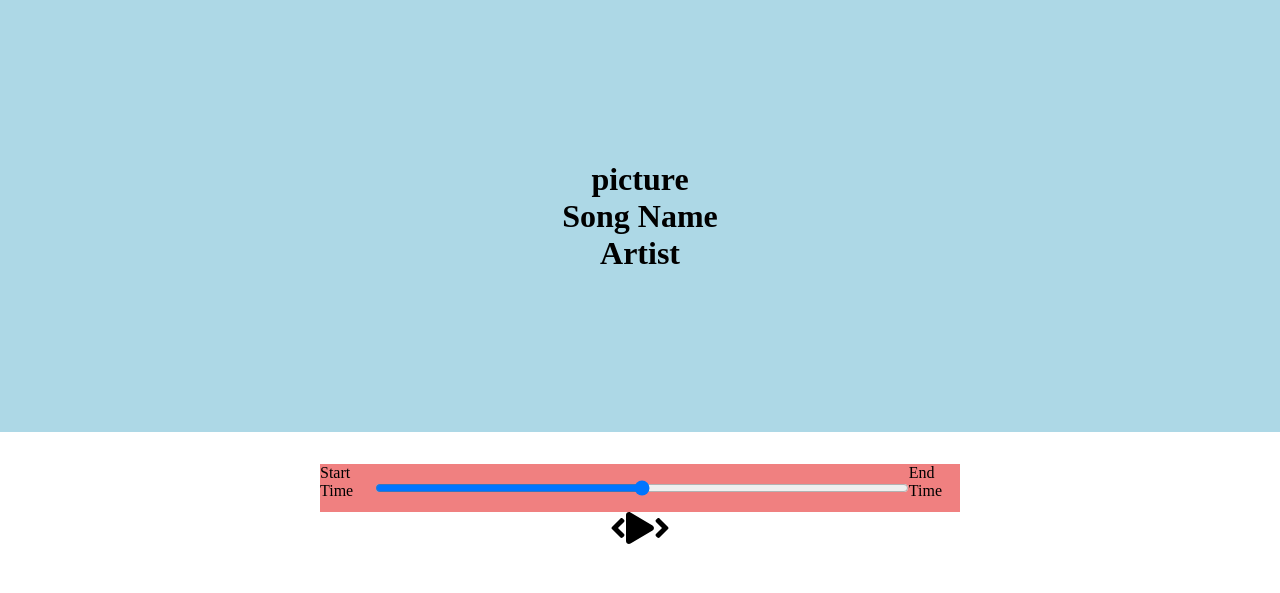
Repository: Elue-dev/music-app
Page: /
These files come from the project's save history. The page is drawn as it stood at one moment and after the next save; the edit follows.
The browser window is 1280 px wide. The pictures show the whole page.
The project was rebuilt for these pictures with package versions that can differ from the ones it lists, and the page was loaded fresh each time.

Above is the page before, as saved 2020-11-08 23:59:34.

### src/index.js
import React from 'react';
import ReactDOM from 'react-dom';
import "./styles/app.scss";

import App from './App';
import reportWebVitals from './reportWebVitals';

ReactDOM.render(
  <React.StrictMode>
    <App />
  </React.StrictMode>,
  document.getElementById('root')
);

// If you want to start measuring performance in your app, pass a function
// to log results (for example: reportWebVitals(console.log))
// or send to an analytics endpoint. Learn more: https://bit.ly/CRA-vitals
reportWebVitals();

### src/styles/app.scss
*{
    margin: 0;
    padding: 0;
    box-sizing: border-box;
}
@import "./player";
@import "./song"

### src/App.js
import React from 'react';
// adding components
import Player from './components/Player';
import Song from './components/Song';
// import styles
import "./styles/app.scss";


function App() {
  return (
    <div className="App">
   <Song />
   <Player />
    </div>
  );
}

export default App;

### src/styles/_player.scss
.player{
    min-height: 20vh;
    display: flex;
    flex-direction: column;
    align-items: center;
    justify-content: center;
}

.time-control{
    width: 50%;
    background: lightcoral;
    display: flex;
    input{
        width: 100%;
        padding: 1rem 2rem;
    }
}

### src/styles/_song.scss
.song-container{
    min-height: 60vh;
    background: lightblue;
    display: flex;
    flex-direction: column;
    align-items: center;
    justify-content: center;
}

### src/components/Player.js
import React from 'react';
import {FontAwesomeIcon } from '@fortawesome/react-fontawesome';
import { faPlay, faAngleLeft, faAngleRight } from '@fortawesome/free-solid-svg-icons';


const Player = () => {
    return (
        <div className="player">
          <div className="time-control">
              <p>Start Time</p>
              <input type="range" />
              <p>End Time</p>
          </div>
          <div className="play-control">
              <FontAwesomeIcon className="skip-back" size="2x" icon={faAngleLeft} />

              <FontAwesomeIcon className="play" size="2x" icon={faPlay} />

              <FontAwesomeIcon className="skip-forward"size="2x" icon={faAngleRight} />

          </div>
        </div>
    )
}


export default Player

### src/components/Song.js
import React from 'react';


const Song = () => {
    return (
        <div className="song-container">
          <h1>picture</h1>
          <h1>Song Name</h1>
          <h1>Artist</h1>
        </div>
    )
}


export default Song

Loaded but not shown: src/reportWebVitals.js (common file)

After the next save:
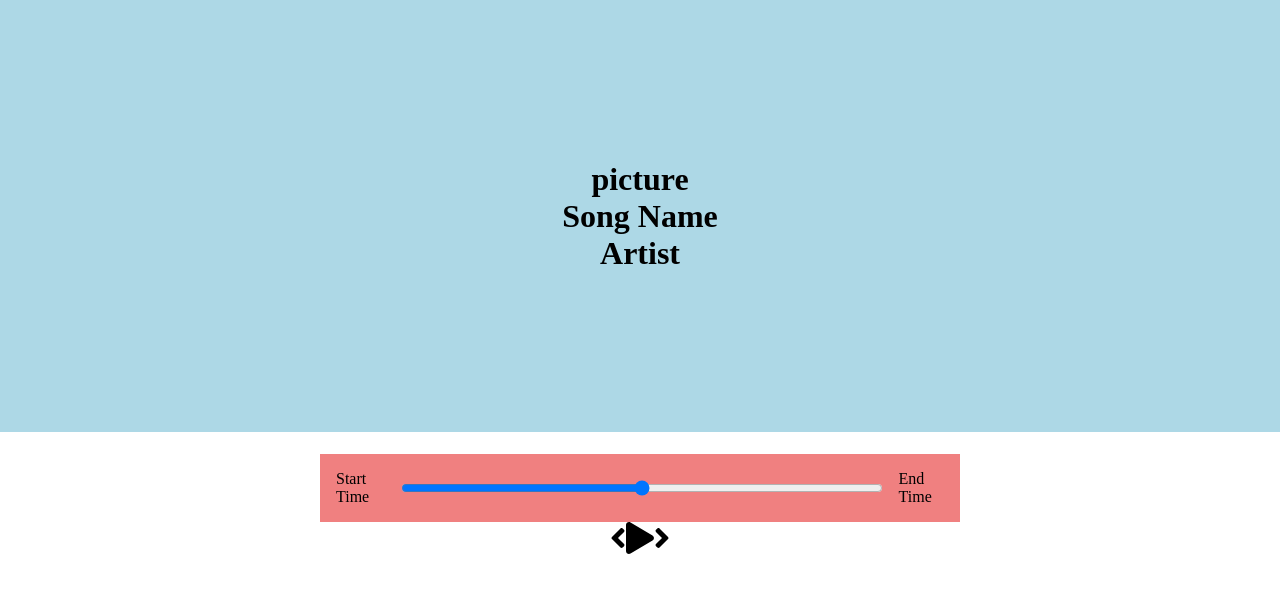
Saved 18 s later.
--- a/src/styles/_player.scss
+++ b/src/styles/_player.scss
@@ -14,4 +14,7 @@
         width: 100%;
         padding: 1rem 2rem;
     }
+    p{
+        padding: 1rem;
+    }
 }
